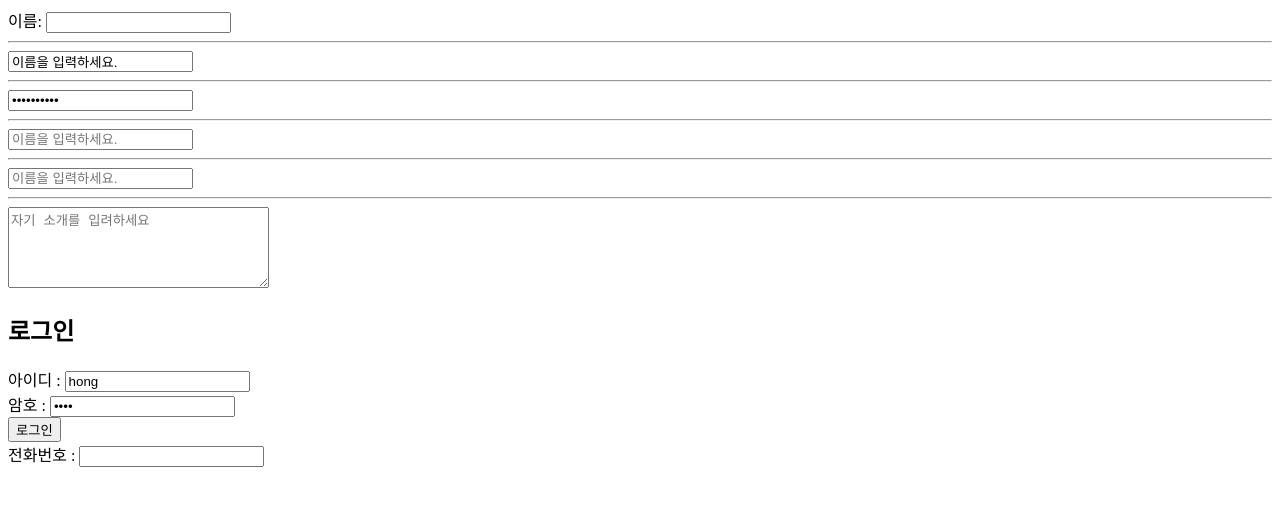
Repository: Hwang-97/HhwDesktop
Page: client/ClientTest/src/main/webapp/html/ex20_html5.html
These files come from the project's save history. The page is drawn as it stood at one moment and after the next save; the edit follows.
The browser window is 1280 px wide. The pictures show the whole page.

Above is the page before, as saved 2021-12-13 05:24:57.

After the next save:
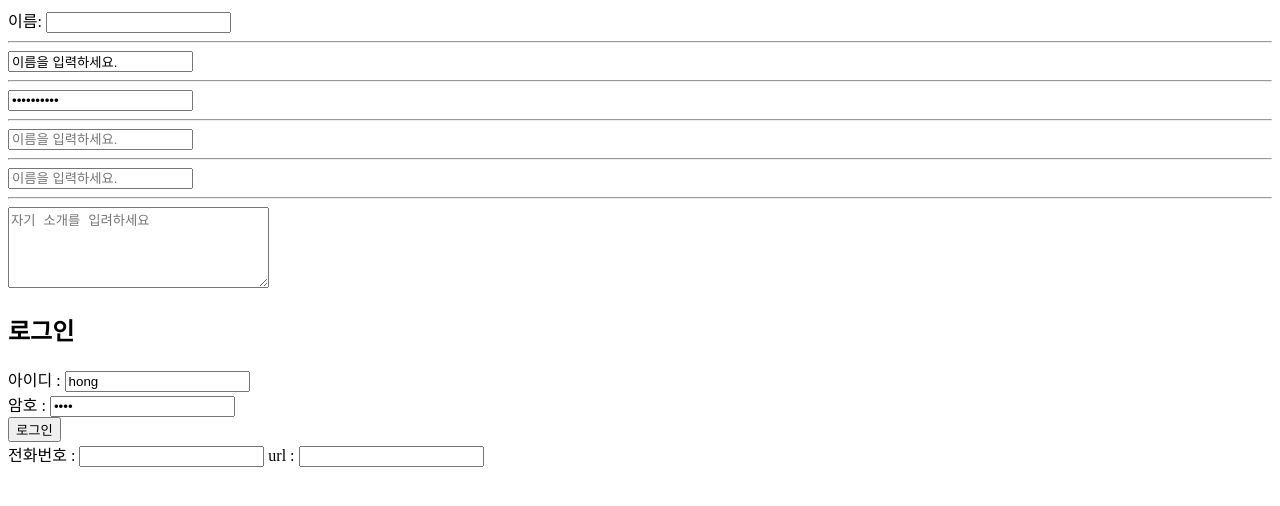
Saved 10 min 27 s later.
--- a/client/ClientTest/src/main/webapp/html/ex20_html5.html
+++ b/client/ClientTest/src/main/webapp/html/ex20_html5.html
@@ -33,6 +33,7 @@
 
 <br>
 전화번호 : <input type = "tel">
+url : <input type="url">
 
 
 
